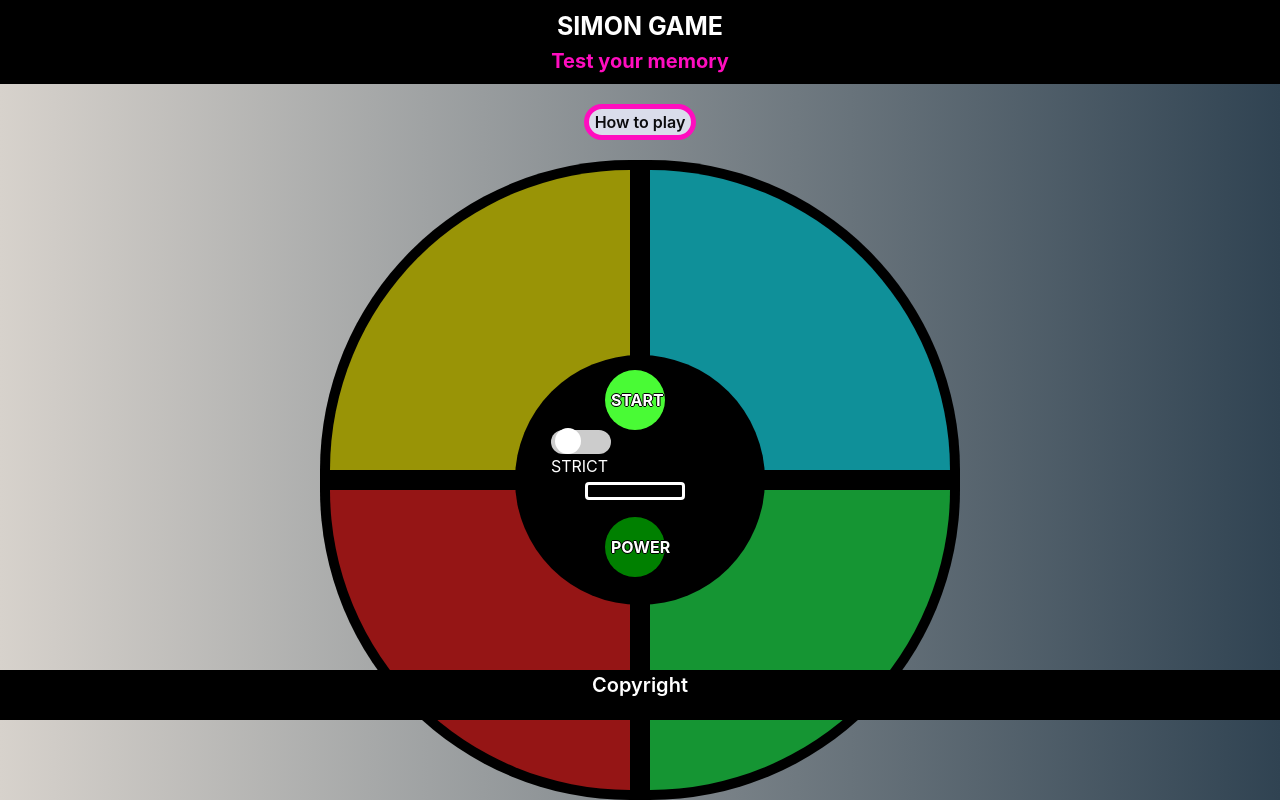
Repository: murphya14/Simon-game
Page: index.html
The author's editor kept a record of every edit. The page is drawn from the files as they stood at one moment, then again after the next edit.
The browser window is 1280 px wide. The pictures show the whole page.

Above is the page before.
Console error: ReferenceError: Cannot access 'allowStart' before initialization

After the next edit:
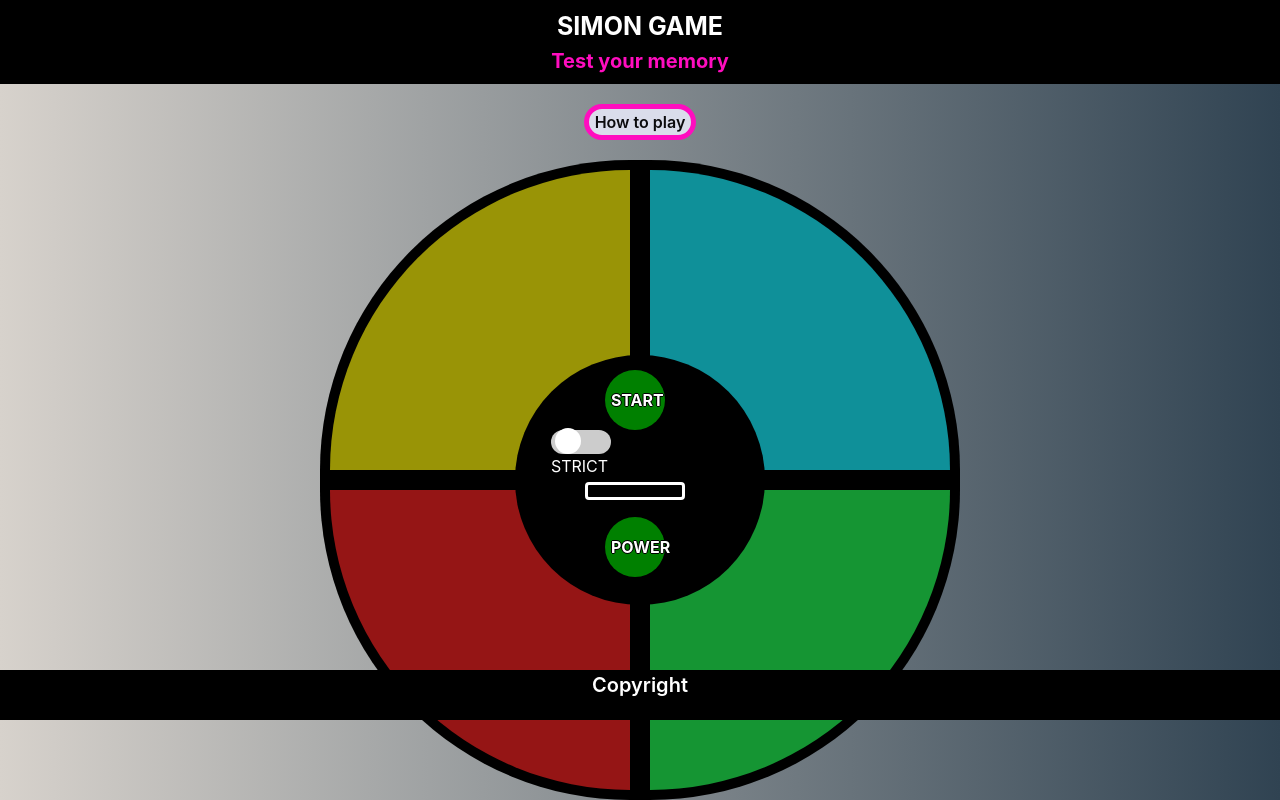
Console error: ReferenceError: s is not defined
The edit:
--- a/assets/js/make.js
+++ b/assets/js/make.js
@@ -102,10 +102,6 @@
 
 }
 
-/*----------------------------------------The game cannot start before power has been turned on */
-let allowStart = startButton.click(function() {
-        initializeGame();
-});
 
 /*----------------------------------------Pushes a number between 1-4 randomly into the sequence array */
 function randomNumber() {
